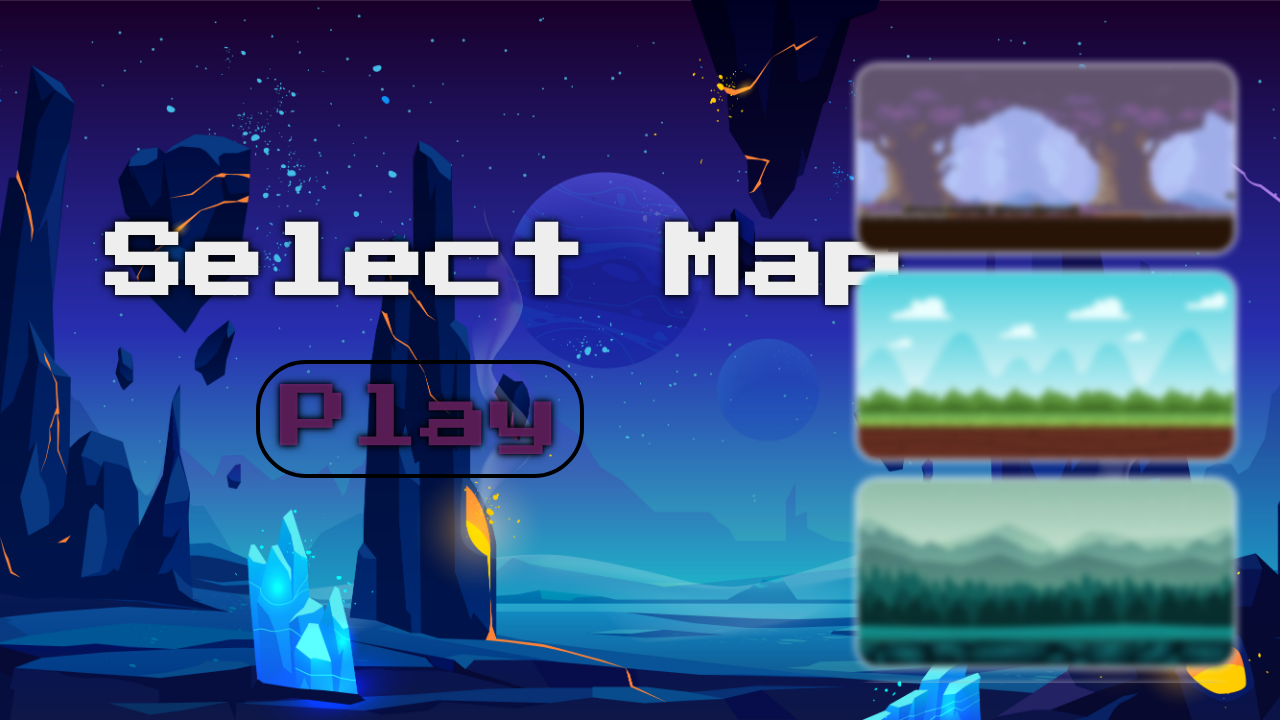
Repository: Gaurav31052/Fighting-game
Page: home.html
The author's editor kept a copy of each file at every save. The page is drawn from the files as they stood at one save, then again after a run of saves.
The browser window is 1280 px wide. The pictures show the whole page.
An inner scrolling area shows only its first screen.

Above is the page before, as saved 2024-06-06 23:41:45.

After the next 2 saves:
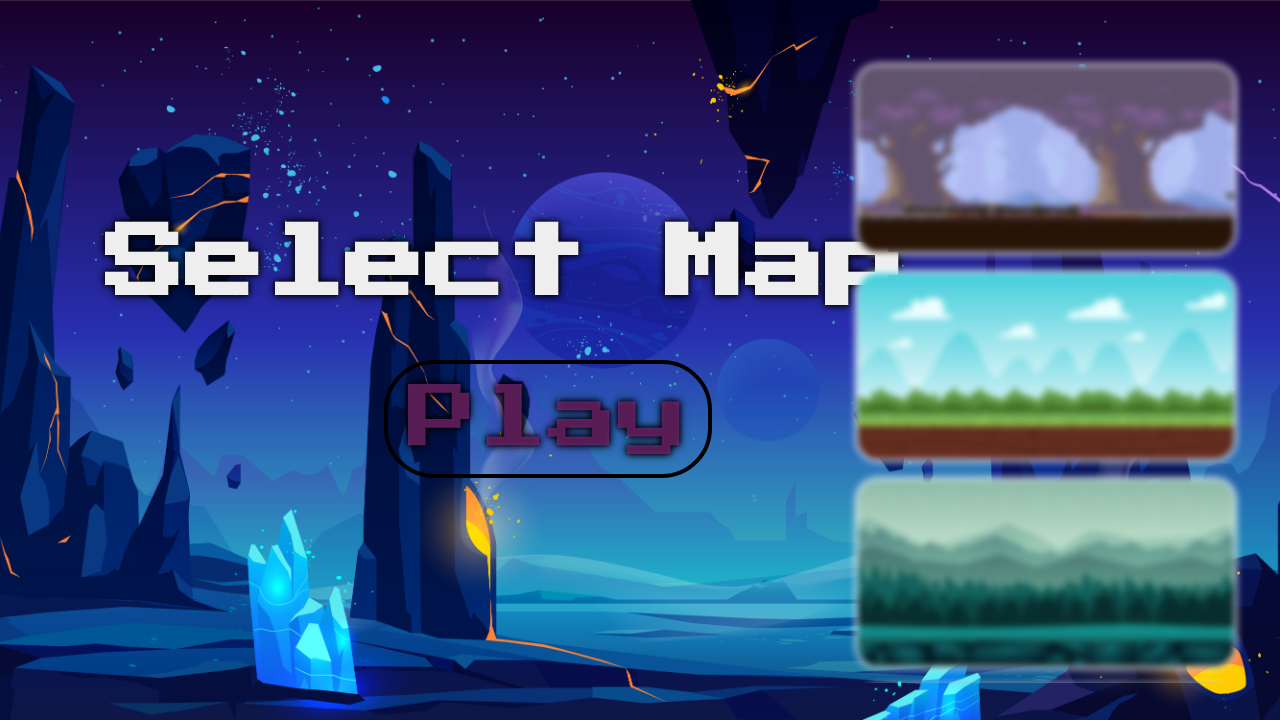
The 2 saves are shown as one change because they came seconds apart.
The last was saved 22 s later.
--- a/style.css
+++ b/style.css
@@ -40,7 +40,7 @@ a {
 
     position: absolute;
     top: 50%;
-    left: 20%;
+    left: 30%;
     font-size: 70px;
     font-family: "Press Start 2P", system-ui;
     text-align: center;
